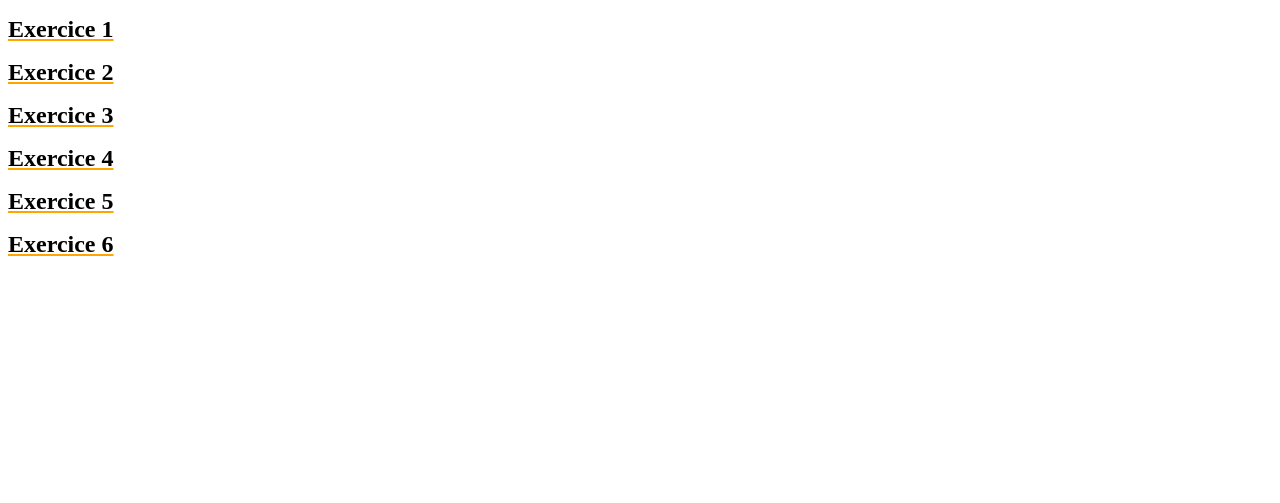
Repository: AnnaSpirit/Mimo_App
Page: Exercices_HTML&CSS.html
An editor plug-in stored every save of this project. The page is shown before and after the next save, followed by the edit.
The browser window is 1280 px wide. The pictures show the whole page.

Above is the page before, as saved 2024-12-05 16:18:38.

After the next save:
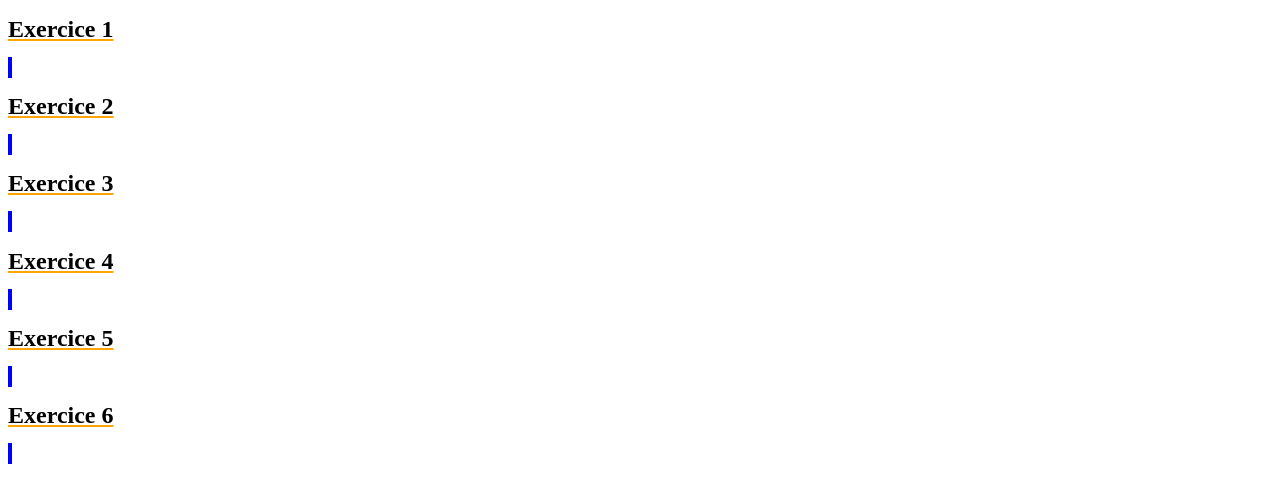
Saved 4 s later.
--- a/styleCSS.css
+++ b/styleCSS.css
@@ -4,5 +4,5 @@
     text-decoration: underline orange;
 }
 .Consigne{
-    border: 2px ;
+    border: 2px solid blue;
 }
